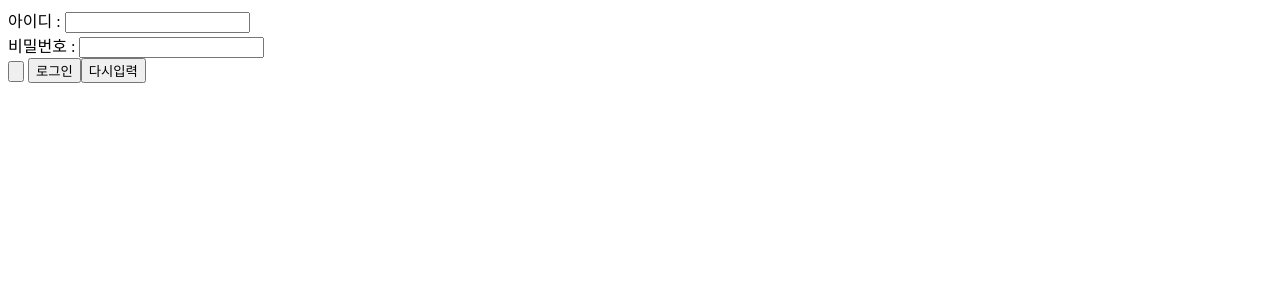
Repository: MyeongHyeonYoo/jsp_data
Page: pro06/src/main/webapp/login2.html
The author's editor kept a copy of each file at every save. The page is drawn from the files as they stood at one save, then again after the next save.
The browser window is 1280 px wide. The pictures show the whole page.

Above is the page before, as saved 2022-12-06 05:15:25.
Console error: TypeError: Cannot read properties of undefined (reading 'user_id')

After the next save:
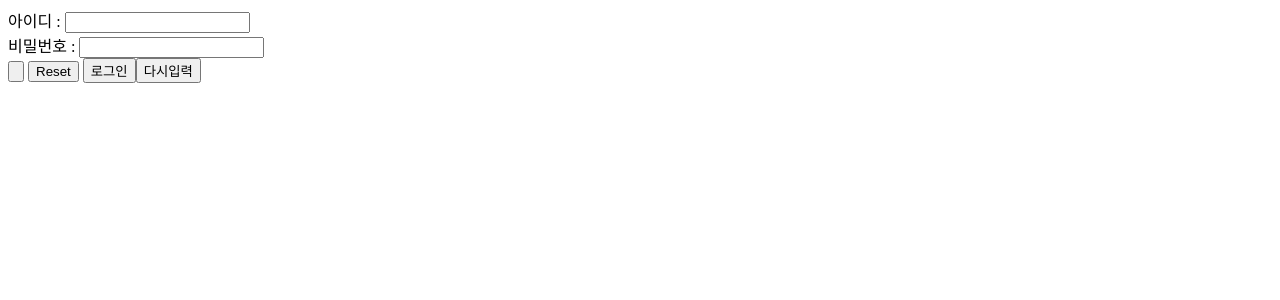
Saved 18 s later.
--- a/pro06/src/main/webapp/login2.html
+++ b/pro06/src/main/webapp/login2.html
@@ -24,6 +24,7 @@
 			아이디 : <input type="text" name="user_id"><br>
 			비밀번호 : <input type="password" name="user_pw"><br>
 			<input type="button" onClick="fn_validate()" value"로그인">
+			<input type="reset">
 			<input type="submit" value="로그인"><input type="reset" value="다시입력">
 		</form>
 	</body>
